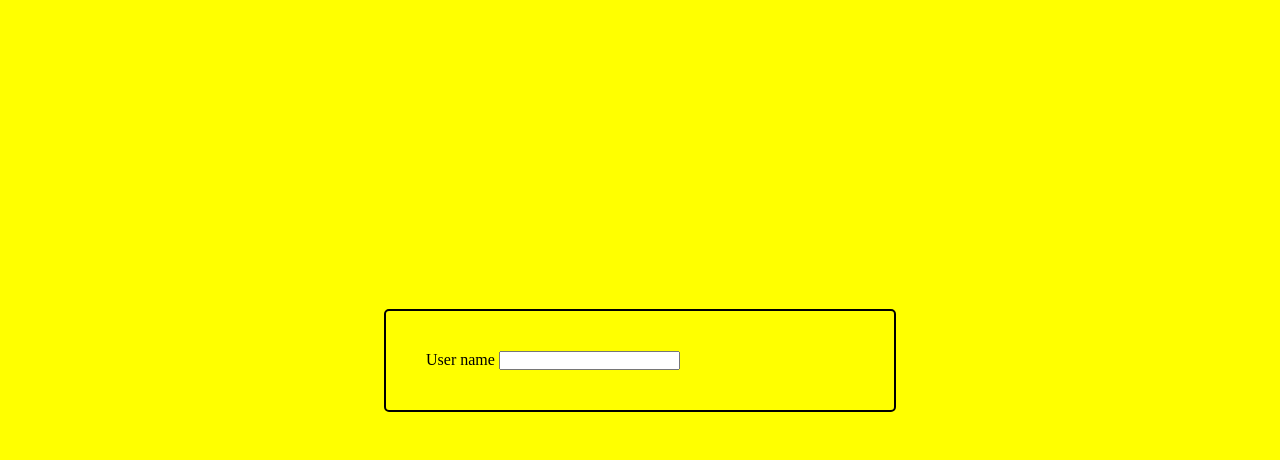
Repository: AytacSafarova/Figma--task
Page: index.html
These files come from the project's save history. The page is drawn as it stood at one moment and after a run of saves; the edit follows.
The browser window is 1280 px wide. The pictures show the whole page.

Above is the page before, as saved 2023-08-04 15:41:12.
Console error: ReferenceError: camelcase is not defined

### index.html
<!DOCTYPE html>
<html lang="en">

<head>
    <meta charset="UTF-8">
    <meta name="viewport" content="width=device-width, initial-scale=1.0">
    <title>Document</title>
    <link rel="stylesheet" href="./index.css">
</head>
<body>
    <div class="container">
     <form action="">
        <label for="user-name">
            User name
            <input name="user-name" type="text">
        </label>
     </form>
    </div>
</body>
<script src="index.js"></script>

</html>

### index.css
@import url("https://fonts.googleapis.com/css2?family=Roboto&family=Roboto+Slab:wght@700&display=swap");
* {
  margin: 0;
  padding: 0;
  box-sizing: border-box;
}
.container {
  /* padding: 214px 0 231px 121px; */
  width: 100%;
  min-height: 100vh;
  display: flex;
  justify-content:center;
  align-items: center;
  background-color: yellow;
}
.container h1 {
  color: #000;
  font-family: Roboto Slab;
  font-size: 55px;
  font-style: normal;
  font-weight: 700;
  line-height: 101.385%;
}
.container ul {
  margin-top: 62px;
  width: 672px;
}
.container ul li {
  color: #000;
  font-family: Roboto;
  font-size: 24px;
  font-style: normal;
  font-weight: 400;
  line-height: 150%;
}

/* tablet style */
@media screen and (max-width:1024px) {
  .container {
    padding: 127px 0 160px 65px;
  }
  .container h1 {
    font-size: 32px;
  }
  .container ul {
    margin-top: 20px;
    width: 398px;
  }
  .container ul li {
    font-size: 14px;
  }
}

/* mobile style */
@media screen and (max-width: 768px) {

}


span{
  background-color: violet;
  /* display: inline; */
}
.child{
  background-color: teal;
  width: 300px;
  height: 200px;
  margin-right: 20px;

  color: white;
  font-size: 40px;
}

form{
width: 40%;
padding: 40px;
border-radius: 5px;
border:  2px solid black;
}

### index.js
let a=4
a=a+2
a+=2
let userName
camelcase
// kebab case

After the next 4 saves:
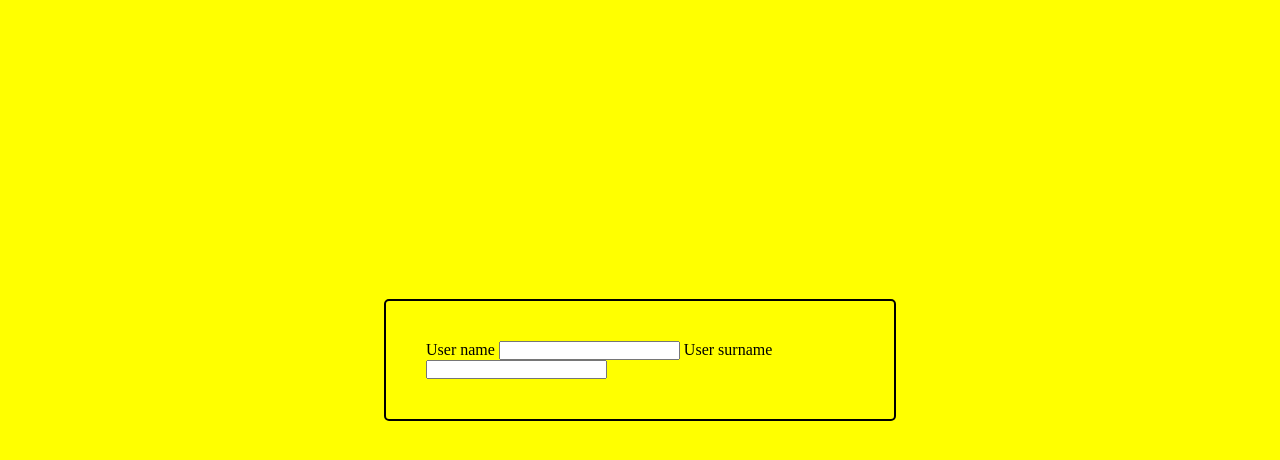
The 4 saves are shown as one change because they came seconds apart.
The last was saved 21 s later.
--- a/index.html
+++ b/index.html
@@ -14,6 +14,10 @@
             User name
             <input name="user-name" type="text">
         </label>
+        <label for="user-surname">
+            User surname
+            <input name="user-surname" type="text">
+        </label>
      </form>
     </div>
 </body>
